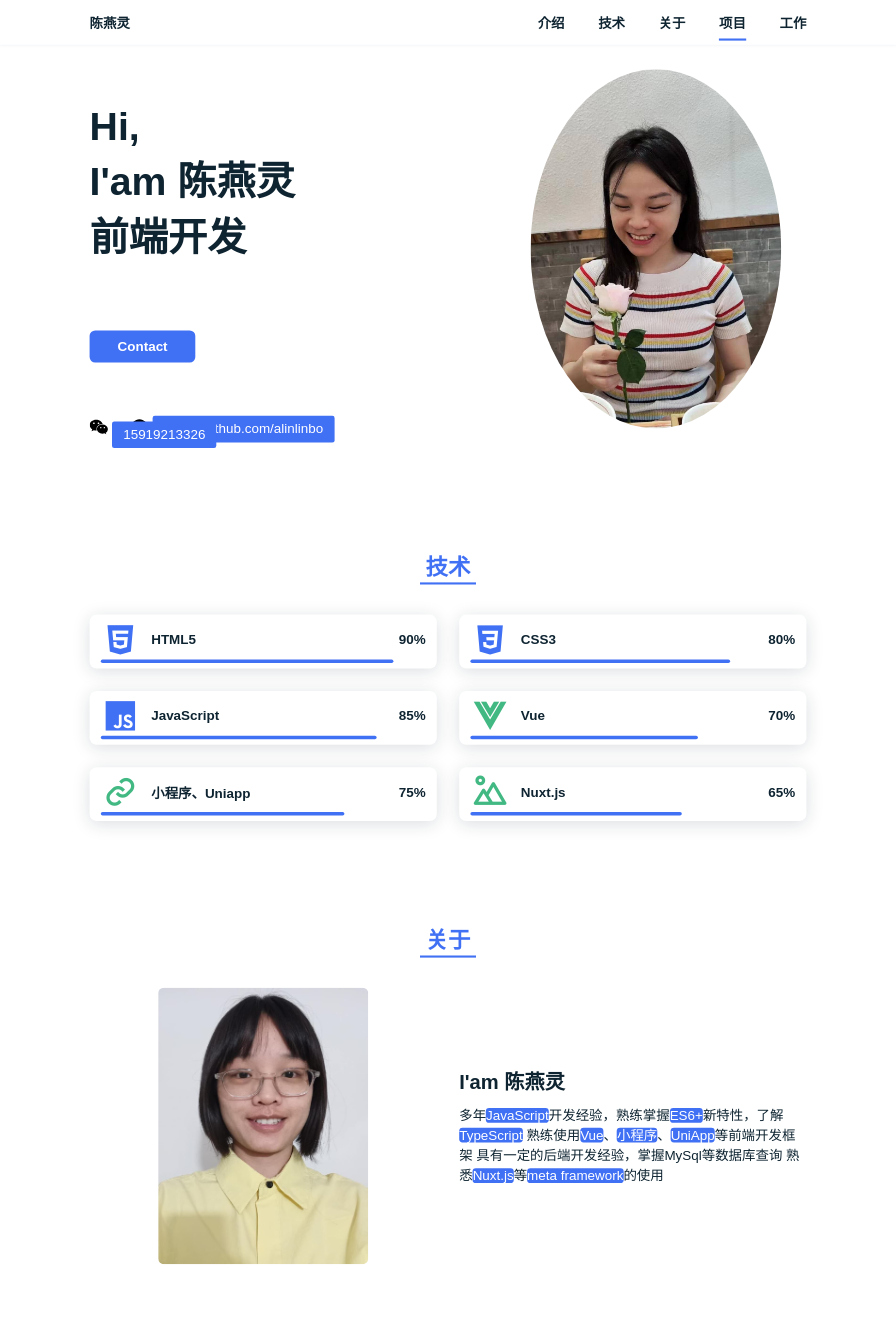
Repository: alinlinbo/yanling-resume-site
Page: index.html
These files come from the project's save history. The page is drawn as it stood at one moment and after the next save; the edit follows.
The browser window is 1280 px wide. The pictures show the part of the page from y = 0 to 1920 px (the page is 3770 px tall), at 70% of full size.

Above is the page before, as saved 2023-09-18 19:56:21.

### index.html
<!DOCTYPE html>
<html lang="en">

<head>
    <meta charset="UTF-8">
    <meta name="viewport" content="width=device-width, initial-scale=1.0">

    <link rel="stylesheet" href="assets/css/style.css">
    <link href='https://unpkg.com/boxicons@2.1.4/css/boxicons.min.css' rel='stylesheet'>
    <link rel="stylesheet" href="https://cdnjs.cloudflare.com/ajax/libs/font-awesome/5.15.4/css/all.min.css" />
    <title>陈燕灵简历网站</title>

</head>

<body>
    <!-- header -->

    <header class="l-header">
        <nav class="nav bd-grid">
            <div>
                <a href="#" class="nav__logo">陈燕灵</a>
            </div>

            <div class="nav__menu" id="nav-menu">
                <ul class="nav__list">
                    <li class="nav__item">
                        <a href="#home" class="nav__link active">介绍</a>
                    </li>
                    <li class="nav__item">
                        <a href="#skills" class="nav__link">技术</a>
                    </li>
                    <li class="nav__item">
                        <a href="#about" class="nav__link">关于</a>
                    </li>
                    <li class="nav__item">
                        <a href="#project" class="nav__link">项目</a>
                    </li>
                    <li class="nav__item">
                        <a href="#work" class="nav__link">工作</a>
                    </li>

                    <!-- <li class="nav__item">
                        <a href="#contact" class="nav__link">Contact</a>
                    </li> -->
                </ul>
            </div>
            <div class="nav__toggle" id="nav-toggle">
                <svg class="icon svg-icon" aria-hidden="true">
                    <use xlink:href="#icon-list"></use>
                </svg>
            </div>
        </nav>
    </header>

    <main class="l-main">
        <!-- hrme -->
        <section class="home section bd-grid" id="home">
            <div class="home__data">
                <h1 class="home__title">
                    Hi,<br>I'am <span class="home__title-color">陈燕灵</span><br> 前端开发
                </h1>
                <h1 class="phone">电话：15919213326</h1>
                <a href="#" style="position: relative; z-index: 10;" class="button" id="contact">Contact</a>
            </div>
            <div class="home__social">
                <a href="#" class="home__social-icon" id="wechat">
                    <svg class="svg-icon-home icon" aria-hidden="true">
                        <use xlink:href="#icon-weixin"></use>
                    </svg>
                </a>
                <div class="home__social-icon" style="position: relative;">
                    <a href="#" class="home__social-icon">
                        <svg class="svg-icon-home icon" aria-hidden="true">
                            <use xlink:href="#icon-github-fill"></use>
                        </svg>

                    </a>
                    <div class=" home__git">
                        <a href="https://github.com/alinlinbo">https://github.com/alinlinbo</a>
                    </div>
                </div>
                <div class="home__social-icon">
                    <a href="#" class="home__social-icon">
                        <svg class="svg-icon-home svg-icon icon" aria-hidden="true">
                            <use xlink:href="#icon-phone"></use>
                        </svg>
                    </a>
                    <div class=" home__phone">
                        <div>15919213326</div>
                    </div>
                </div>



                <div class=" home__code">
                    <img src="assets/img/wechat_code.png" alt="">
                </div>


            </div>

            <div class="home__img">
                <img class="home__img" src="assets/img/head1.jpg" alt="">
            </div>
        </section>

        <section class="skills section" id="skills">
            <h2 class="section-title">技术</h2>

            <div class="project__container bd-grid">
                <div class="skills__data">
                    <div class="skills__item">
                        <div class="skill__introduce">
                            <div class="skills__intr__r">
                                <i class='bx bxl-html5 skills__icon'></i><span>HTML5</span>
                            </div>

                            <div class="skills__bar">90%</div>
                        </div>

                        <div class="skills__line skills__line90"></div>
                    </div>
                </div>
                <div class="skills__data">
                    <div class="skills__item">
                        <div class="skill__introduce">
                            <div class="skills__intr__r">
                                <i class='bx bxl-css3 skills__icon'></i><span>CSS3</span>
                            </div>

                            <div class="skills__bar">80%</div>
                        </div>

                        <div class="skills__line80 skills__line"></div>
                    </div>
                </div>
                <div class="skills__data">
                    <div class="skills__item">
                        <div class="skill__introduce">
                            <div class="skills__intr__r">
                                <i class='bx bxl-javascript skills__icon'></i><span>JavaScript</span>
                            </div>

                            <div class="skills__bar">85%</div>
                        </div>

                        <div class="skills__line85 skills__line"></div>
                    </div>
                </div>
                <div class="skills__data">
                    <div class="skills__item">
                        <div class="skill__introduce">
                            <div class="skills__intr__r">
                                <i class='bx bxl-vuejs skills__icon color-vue'></i><span>Vue</span>
                            </div>

                            <div class="skills__bar">70%</div>
                        </div>

                        <div class="skills__line70 skills__line"></div>
                    </div>
                </div>
                <div class="skills__data">
                    <div class="skills__item">
                        <div class="skill__introduce">
                            <div class="skills__intr__r">
                                <i class='bx bx-link skills__icon color-vue'></i><span>小程序、Uniapp</span>
                            </div>

                            <div class="skills__bar">75%</div>
                        </div>

                        <div class=" skills__line skills__line75"></div>
                    </div>
                </div>
                <div class="skills__data">
                    <div class="skills__item">
                        <div class="skill__introduce">
                            <div class="skills__intr__r">
                                <i class='bx bx-landscape skills__icon color-vue'></i><span>Nuxt.js</span>
                            </div>

                            <div class="skills__bar">65%</div>
                        </div>

                        <div class=" skills__line skills__line65"></div>
                    </div>
                </div>
            </div>
        </section>
        <section class="about section" id="about">
            <h2 class="section-title">关于</h2>
            <div class="about__container bd-grid">
                <div class="about__img">
                    <img src="assets/img/about.jpg" alt="">
                </div>
                <div>
                    <h2 class="about__subtitle">I'am 陈燕灵</h2>
                    <p class="about__text">
                        多年<span>JavaScript</span>开发经验，熟练掌握<span>ES6+</span>新特性，了解<span>TypeScript</span>
                        熟练使用<span>Vue</span>、<span>小程序</span>、<span>UniApp</span>等前端开发框架
                        具有一定的后端开发经验，掌握<soan>MySql</soan>等数据库查询
                        熟悉<span>Nuxt.js</span>等<span>meta framework</span>的使用</p>
                </div>
        </section>

        <section class="project section" id="project">
            <h2 class="section-title">项目</h2>
            <div class="project__container bd-grid">
                <div class="project__data">
                    <div class="project__item">
                        <h2 class="project__subtitle">个人线上简历</h2>
                        <span class="project__text">使用Css和JavaScript开发的个人线上简历，利用媒体查询和Rem特性同时适配了PC端和移动端，且实现了一些动画</span>
                    </div>
                </div>
                <div class="project__data">
                    <div class="project__item">
                        <h2 class="project__subtitle">润通联合云管家</h2>
                        <span
                            class="project__text">基于uniapp框架开发的微信小程序的缴费小程序。实现了缴费、房屋管理、报修管理等模块的页面、接口对接以及交互。以及axios封装和导航栏等公用组件的封装。</span>
                    </div>
                </div>
                <div class="project__data">
                    <div class="project__item">
                        <h2 class="project__subtitle">寺院后台管理系统</h2>
                        <span
                            class="project__text">使用jq，bootstrap和vue开发的寺院后台管理系统，实现了文章管理，用户管理,项目管理等模块前端页面的编写与接口的对接，在项目中对ajax请求进行封装，为接口调用添加了拦截器和loading动画，有效减少代码量并提高开发效率</span>
                    </div>
                </div>
                <div class="project__data">
                    <div class="project__item">
                        <h2 class="project__subtitle">寺院公众号项目</h2>
                        <span
                            class="project__text">使用jq开发的微信公众号微站，实现了首页，详情页，我的页面等的接口对接及样式修改，针对业务场景封装底部及顶部导航栏、头部返回等公用组件，提高代码复用</span>
                    </div>
                </div>
                <div class="project__data">
                    <div class="project__item">
                        <h2 class="project__subtitle">1983抽盒机</h2>
                        <span
                            class="project__text">基于原生微信小程序、支付宝小程序商城，项目使用小程序自带的组件，完成了优惠券红包领取、活动页主页、海报分享、抽盲盒等模块的接口对接及样式修改</span>
                    </div>
                </div>
                <div class="project__data">
                    <div class="project__item">
                        <h2 class="project__subtitle">新八佰伴等商城小程序</h2>
                        <span
                            class="project__text">基于uni-app框架开发的微信小程序商城，项目使用uview组件和uni-app自带的组件，完成了购物、详情、提交订单等模块的接口对接及样式修改</span>
                    </div>
                </div>
                <div class="project__data">
                    <div class="project__item">
                        <h2 class="project__subtitle">系统中台</h2>
                        <span class="project__text">基于vue框架，使用ant design组件开发的业务中台,完成商家参数、进口报关模块的交互与接口对接</span>
                    </div>
                </div>
                <div class="project__data">
                    <div class="project__item">
                        <h2 class="project__subtitle">商城管理后台</h2>
                        <span
                            class="project__text">使用vue框架和element-ui开发的商城管理后台，实现了优惠券、文章管理、会员管理等模块部分接口对接与前端小程序页面的编写</span>
                    </div>
                </div>
        </section>

        <section class="work section" id="work">
            <h2 class="section-title">工作</h2>
            <div class="work__container bd-grid">

                <div class="work__data">
                    <div class="work__name">
                        <i class='bx bx-buildings work__icon'></i>
                        <span class="work__name">珠海齐润科技有限公司</span>
                    </div>
                    <div class="work__name">
                        <i class='bx bxs-briefcase-alt-2 work__icon'></i>
                        <span class="work__name">负责使用 Uniapp 开发小程序，以及使用 Vue 开发后台项目。</span>
                    </div>
                    <div class="work__name">
                        <i class='bx bx-time-five work__icon'></i>
                        <span class="work__name">2022-08~2022-01</span>
                    </div>
                </div>
                <div class="work__data">
                    <div class="work__name">
                        <i class='bx bx-buildings work__icon'></i>
                        <span class="work__name">珠海唐佛科技有限公司</span>
                    </div>
                    <div class="work__name">
                        <i class='bx bxs-briefcase-alt-2 work__icon'></i>
                        <span class="work__name">负责使用vue和jquery开发微信公众号、微站和后台管理。</span>
                    </div>
                    <div class="work__name">
                        <i class='bx bx-time-five work__icon'></i>
                        <span class="work__name">2021-03~2022-07</span>
                    </div>
                </div>
                <div class="work__data">
                    <div class="work__name">
                        <i class='bx bx-buildings work__icon'></i>
                        <span class="work__name">珠海横琴智恒运通网络科技</span>
                    </div>
                    <div class="work__name">
                        <i class='bx bxs-briefcase-alt-2 work__icon'></i>
                        <span class="work__name">负责使用 Uniapp 开发小程序，以及使用 Vue 开发后台项目。</span>
                    </div>
                    <div class="work__name">
                        <i class='bx bx-time-five work__icon'></i>
                        <span class="work__name">2020-11~2021-02</span>
                    </div>
                </div>

            </div>
        </section>
        <!-- <section class="contact section" id="contact">
            <h2 class="section-title">Contact</h2>
            <div class="contact__container bd-grid">
                <form action="" class="contact__form">
                    <input type="text" placeholder="Name" class="contact__input">
                    <input type="email" placeholder="Email" class="contact__input">
                    <label for="contact-message"></label>
                    <textarea id="contact-message" name="message" cols="30" rows="10" class="contact__input"></textarea>

                    <input type="button" value="Enviar" class="contact__button button">
                </form>
            </div>
        </section> -->

    </main>

    <footer class="footer">
        <p class="footer__title">陈燕灵</p>
        <div style="display: none;" class="footer__social">
            <a href="#" class="footer__icon"><i class='bx bxl-facebook'></i></a>
            <a href="#" class="footer__icon"><i class='bx bxl-instagram'></i></a>
            <a href="#" class="footer__icon"><i class='bx bxl-twitter'></i></a>
        </div>
        <p>&#169;2023 copyright</p>
    </footer>
    <script src="https://unpkg.com/scrollreveal"></script>
    <script src="assets/js/main.js"></script>
    <script src="assets/js/iconfont.js"></script>
</body>

</html>

Loaded but not shown: assets/js/iconfont.js (library); assets/js/main.js (159 lines, source omitted); assets/css/style.css (851 lines, source omitted)

After the next save:
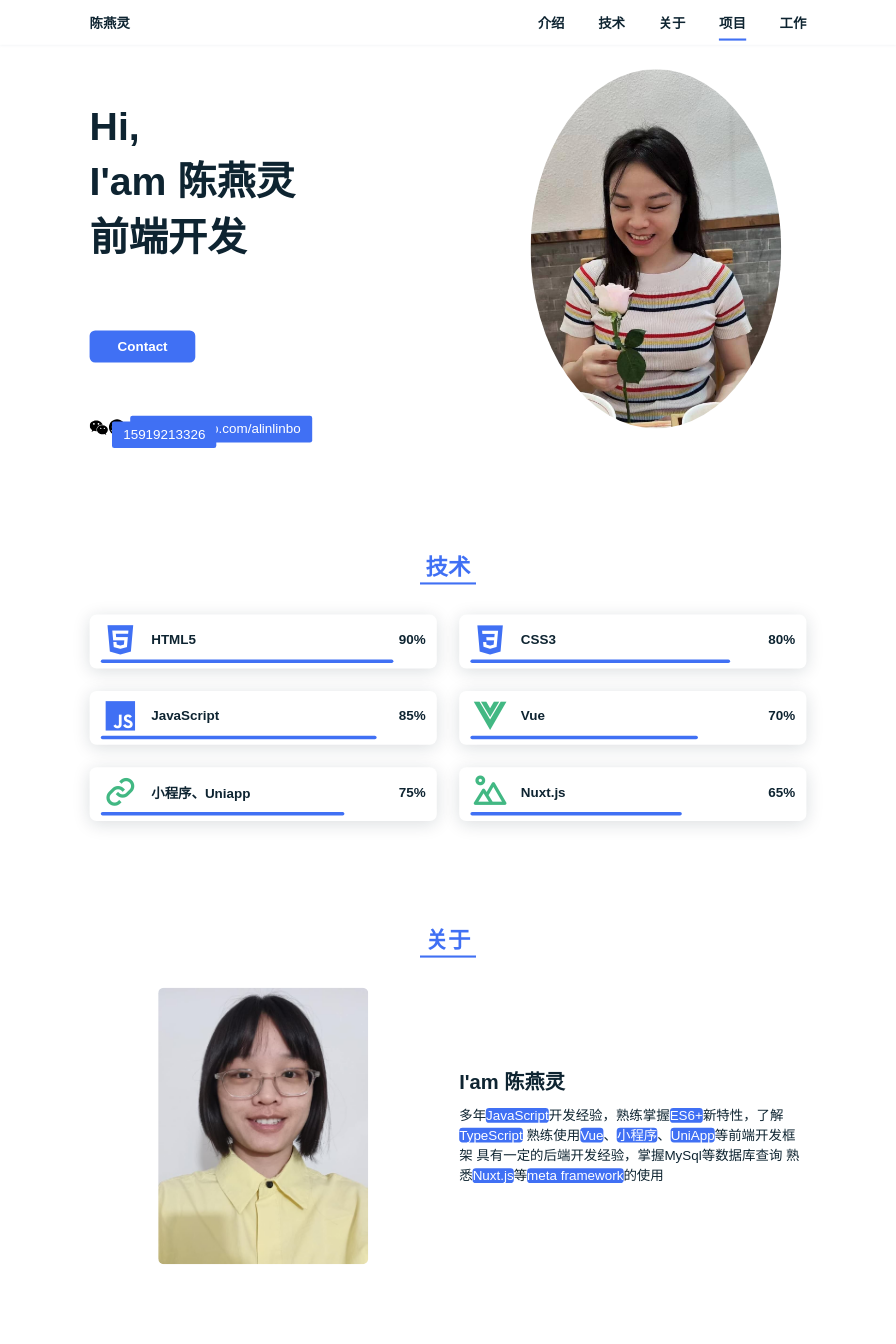
Saved 60 s later.
--- a/index.html
+++ b/index.html
@@ -63,7 +63,7 @@
                 <a href="#" style="position: relative; z-index: 10;" class="button" id="contact">Contact</a>
             </div>
             <div class="home__social">
-                <a href="#" class="home__social-icon" id="wechat">
+                <a href="#"  id="wechat">
                     <svg class="svg-icon-home icon" aria-hidden="true">
                         <use xlink:href="#icon-weixin"></use>
                     </svg>
@@ -80,7 +80,7 @@
                     </div>
                 </div>
                 <div class="home__social-icon">
-                    <a href="#" class="home__social-icon">
+                    <a href="#" >
                         <svg class="svg-icon-home svg-icon icon" aria-hidden="true">
                             <use xlink:href="#icon-phone"></use>
                         </svg>

After the save that followed:
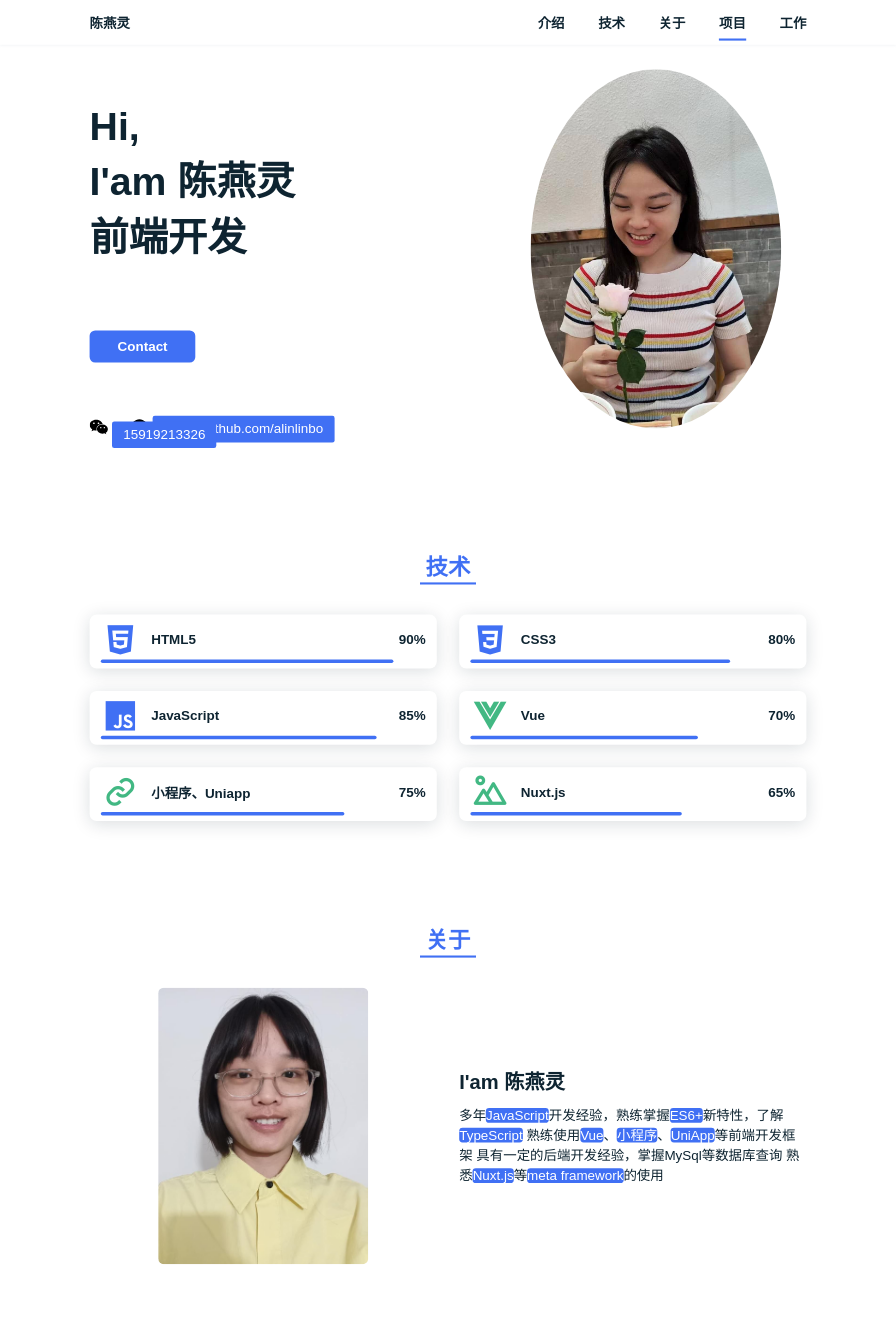
Saved 49 s later.
--- a/index.html
+++ b/index.html
@@ -63,13 +63,13 @@
                 <a href="#" style="position: relative; z-index: 10;" class="button" id="contact">Contact</a>
             </div>
             <div class="home__social">
-                <a href="#"  id="wechat">
+                <a href="#" class="home__social-icon" id="wechat">
                     <svg class="svg-icon-home icon" aria-hidden="true">
                         <use xlink:href="#icon-weixin"></use>
                     </svg>
                 </a>
                 <div class="home__social-icon" style="position: relative;">
-                    <a href="#" class="home__social-icon">
+                    <a href="#">
                         <svg class="svg-icon-home icon" aria-hidden="true">
                             <use xlink:href="#icon-github-fill"></use>
                         </svg>
